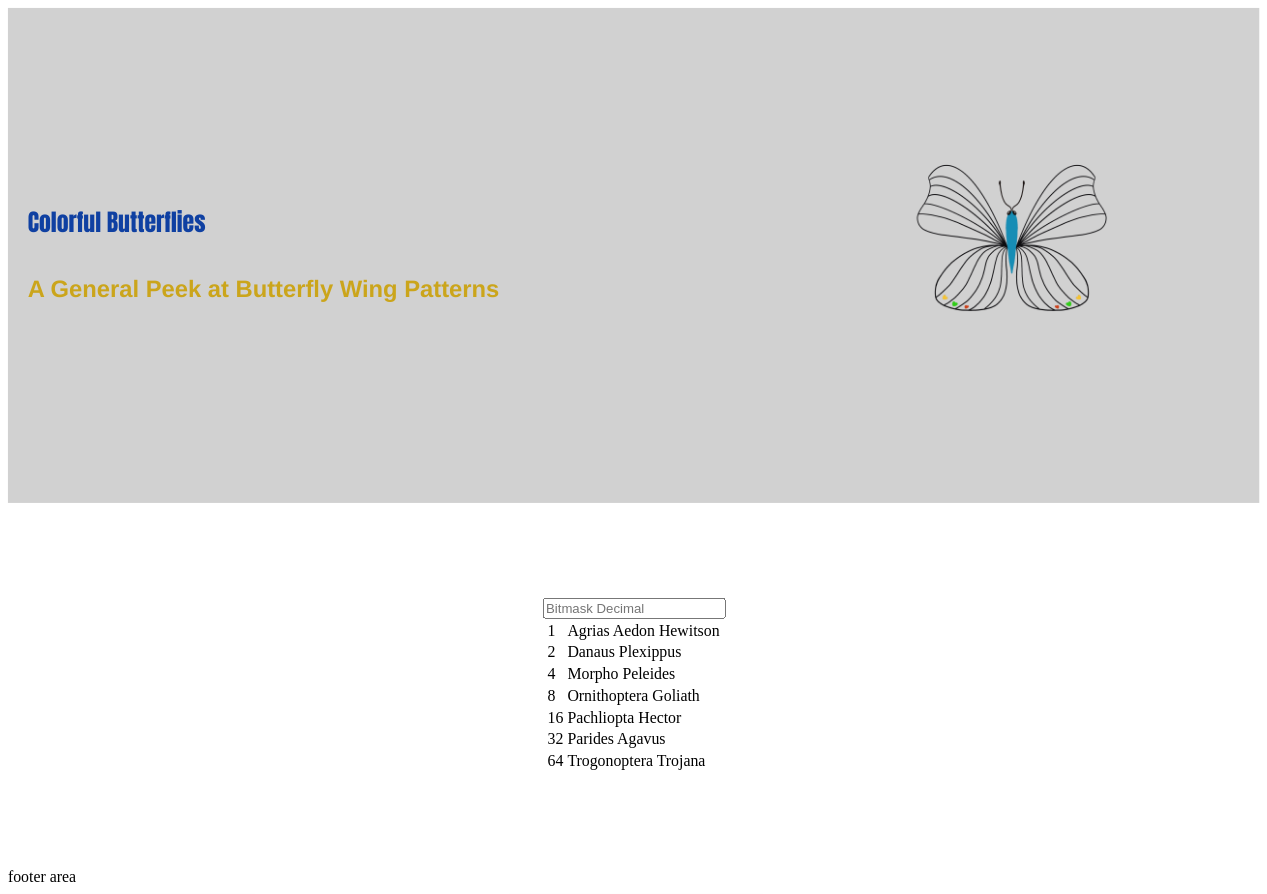
Repository: MeowCeline00/assessment-2
Page: /
These files come from the project's save history. The page is drawn as it stood at one moment and after a run of saves; the edit follows.
The browser window is 1280 px wide. The pictures show the whole page, at 99% of full size.
The project was rebuilt for these pictures with package versions that can differ from the ones it lists, and the page was loaded fresh each time. The framework's server and built-in components were replaced by stand-ins that run in the browser. Also part of the build but not shown: next.config.mjs.

Above is the page before, as saved 2024-02-07 22:00:39.

After the next 2 saves:
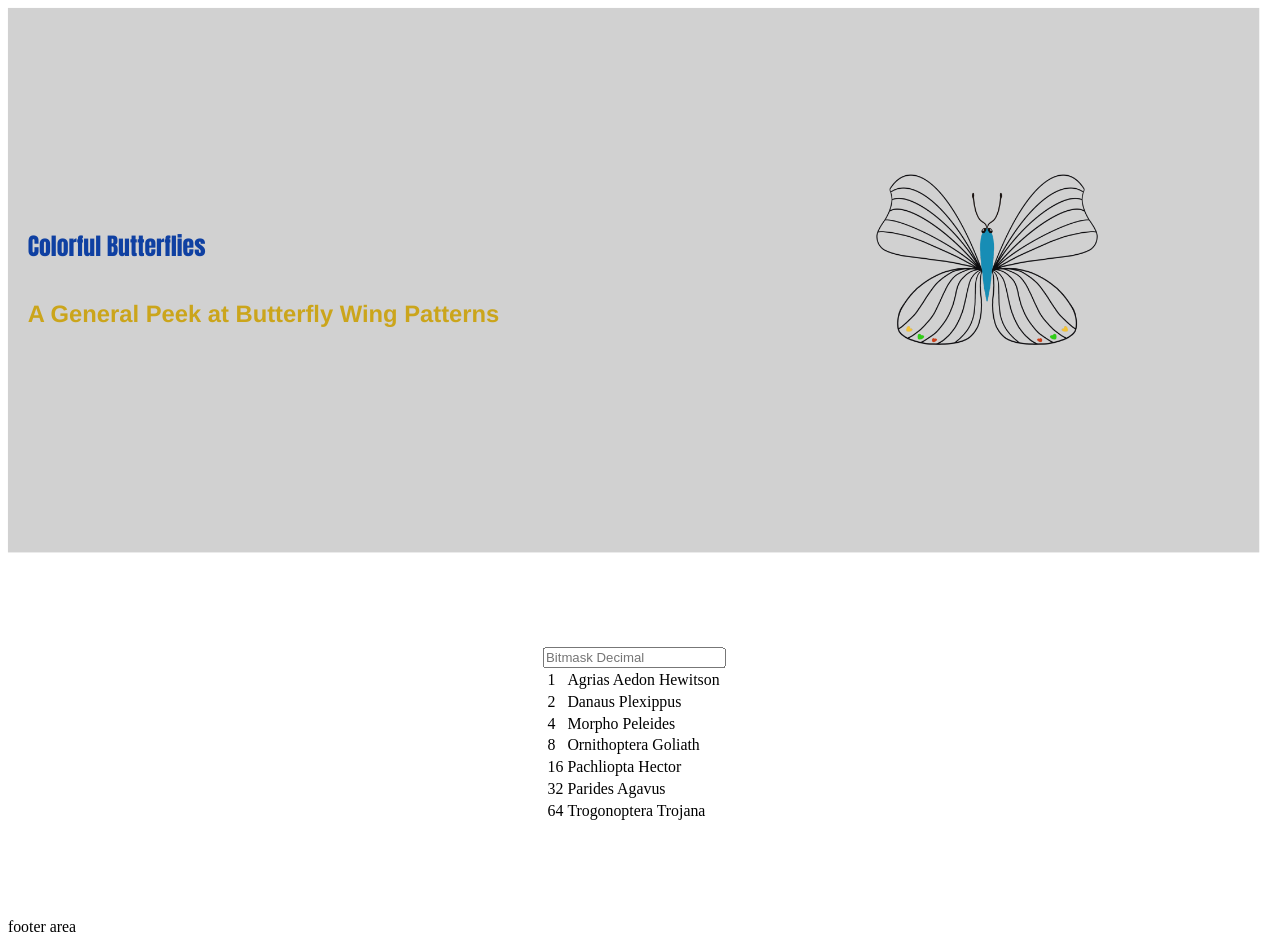
The 2 saves are shown as one change because they came seconds apart.
The last was saved 14 s later.
--- a/Components/Header/index.js
+++ b/Components/Header/index.js
@@ -9,7 +9,7 @@ export default function Header() {
                 <h2> A General Peek at Butterfly Wing Patterns</h2>
             </div>
             <div className={styles.logoArea}>
-                <img src={"/logo.png"} alt="Butterfly Logo" width={300} />
+                <img src={"/logo.png"} alt="Butterfly Logo" width={350} />
             </div>
         </header>
     );
